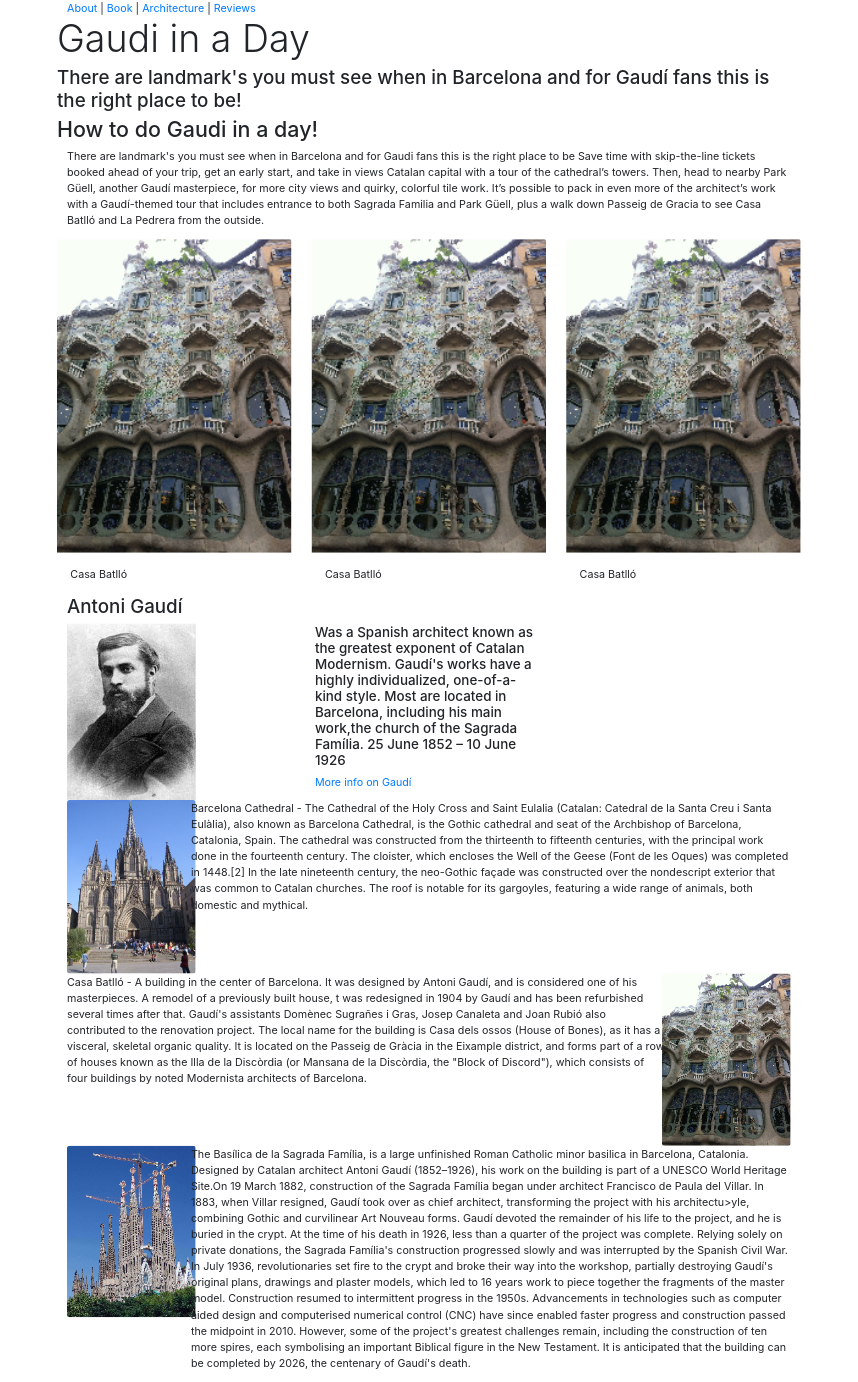
Repository: Taitdanielle/Milestone1
Page: index.html
The author's editor kept a record of every edit. The page is drawn from the files as they stood at one moment, then again after the next edit.
The browser window is 1280 px wide. The pictures show the whole page, at 67% of full size.

Above is the page before.

### index.html
<!DOCTYPE html>
<html lang="en">

<head>
    <title>Gaudí in a day!</title>
    <meta charset="UTF-8">
    <meta name="viewport" content="width=device-width, initial-scale=1.0">
    <meta http-equiv="X-UA-Compatible" content="ie=edge">
    <link href="https://fonts.googleapis.com/css?family=Lato&display=swap" rel="stylesheet">
    <link rel="stylesheet" href="https://stackpath.bootstrapcdn.com/bootstrap/4.3.1/css/bootstrap.min.css" integrity="sha384-ggOyR0iXCbMQv3Xipma34MD+dH/1fQ784/j6cY/iJTQUOhcWr7x9JvoRxT2MZw1T" crossorigin="anonymous">
    <link rel="stylesheet" href="css/style.css" type="text/css" />
</head>


<!-- nav -->

<nav>
    <div class="container">
        <div class="col-md-12">
            <a href="/about/">About</a> |
            <a href="/book/">Book</a> |
            <a href="/architecture/">Architecture</a> |
            <a href="/reviews/">Reviews</a>
        </div>
    </div>
</nav>

<!-- nav -->

<body>

    <div class="container">
        <h1 class="display-4">Gaudi in a Day</h1>
        <h3>There are landmark's you must see when in Barcelona and for Gaudí fans this is the right place to be!</h3>
    </div>

    <div class="container">
        <h2> How to do Gaudi in a day!</h2>
        <p class="col-md-12"> There are landmark's you must see when in Barcelona and for Gaudi fans this is the right place to be Save time with skip-the-line tickets booked ahead of your trip, get an early start, and take in views Catalan capital with a tour of the cathedral’s
            towers. Then, head to nearby Park Güell, another Gaudí masterpiece, for more city views and quirky, colorful tile work. It’s possible to pack in even more of the architect’s work with a Gaudí-themed tour that includes entrance to both Sagrada
            Familia and Park Güell, plus a walk down Passeig de Gracia to see Casa Batlló and La Pedrera from the outside. </p>
    </div>

    <!-- image cards -->

    <div class="container">
        <div class="row">
            <div class="col-md-4">
                <div class="card-one">
                    <img src="images/gaudi2.jpg" class="card-img-top" alt="Casa Battlo Building">
                    <div class="card-body">
                        <p class="card-text"<b>Casa Batlló</b>
                        </p>
                    </div>
                </div>
            </div>

            <div class="col-md-4">
                <div class="card-one">
                    <img src="images/gaudi2.jpg" class="card-img-top" alt="Casa Battlo Building">
                    <div class="card-body">
                        <p class="card-text" <b>Casa Batlló</b>
                        </p>
                    </div>
                </div>
            </div>

            <div class="col-md-4">
                <div class="card-one">
                    <img src="images/gaudi2.jpg" class="card-img-top" alt="Casa Battlo Building">
                    <div class="card-body">
                        <p class="card-text" <b>Casa Batlló</b>
                        </p>
                    </div>
                </div>
            </div>
        </div>

        <!-- Gaudi info -->

        <div class="container">
            <div class="row">
                <div class="col-md-12 title-heading-conatainer">
                    <h3 class="title-heading"> Antoni Gaudí </h3>
                </div>
                <div class="col-md-4">
                    <img src="images/gaudi.jpg">
                </div>
                <div class="col-md-4">
                    <h5>Was a Spanish architect known as the greatest exponent of Catalan Modernism. Gaudí's works have a highly individualized, one-of-a-kind style. Most are located in Barcelona, including his main work,the church of the Sagrada Família.
                        25 June 1852 – 10 June 1926 </h5>
                    <a href="https://en.wikipedia.org/wiki/Antoni_Gaud%C3%AD">More info on Gaudí</a>
                </div>
            </div>
        </div>

        <!-- Gaudi info End -->

        <!-- image info -->

        <div class="container">
            <div class="row">
                <div class="col-md-2">
                    <img src="images/Sta-eulalia.jpg" class="rounded float-left" alt="barrigotic building">
                </div>
                <div class="col-md-10">
                    <p class="par-padding-left">Barcelona Cathedral - The Cathedral of the Holy Cross and Saint Eulalia (Catalan: Catedral de la Santa Creu i Santa Eulàlia), also known as Barcelona Cathedral, is the Gothic cathedral and seat of the Archbishop of Barcelona, Catalonia,
                        Spain. The cathedral was constructed from the thirteenth to fifteenth centuries, with the principal work done in the fourteenth century. The cloister, which encloses the Well of the Geese (Font de les Oques) was completed in 1448.[2]
                        In the late nineteenth century, the neo-Gothic façade was constructed over the nondescript exterior that was common to Catalan churches. The roof is notable for its gargoyles, featuring a wide range of animals, both domestic and
                        mythical.</p>
                </div>
            </div>
        </div>

        <div class="container">
            <div class="row">
                <div class="col-md-10">
                    <p class="par-padding-right"> Casa Batlló - A building in the center of Barcelona. It was designed by Antoni Gaudí, and is considered one of his masterpieces. A remodel of a previously built house, t was redesigned in 1904 by Gaudí and has been refurbished several
                        times after that. Gaudí's assistants Domènec Sugrañes i Gras, Josep Canaleta and Joan Rubió also contributed to the renovation project. The local name for the building is Casa dels ossos (House of Bones), as it has a visceral,
                        skeletal organic quality. It is located on the Passeig de Gràcia in the Eixample district, and forms part of a row of houses known as the Illa de la Discòrdia (or Mansana de la Discòrdia, the "Block of Discord"), which consists
                        of four buildings by noted Modernista architects of Barcelona.</p>
                </div>
                <div class="col-md-2">
                    <img src="images/gaudi2.jpg" class="rounded float-right" alt="Building">
                </div>
            </div>
        </div>

        <div class="container">
            <div class="row">
                <div class="col-md-2">
                    <img src="images/sagrada-familia-1028930_1920.jpg" class="rounded float-left" alt=building>
                </div>
                <div class="col-md-10">
                    <p class="par-padding-left"> The Basílica de la Sagrada Família, is a large unfinished Roman Catholic minor basilica in Barcelona, Catalonia. Designed by Catalan architect Antoni Gaudí (1852–1926), his work on the building is part of a UNESCO World Heritage Site.On
                        19 March 1882, construction of the Sagrada Família began under architect Francisco de Paula del Villar. In 1883, when Villar resigned, Gaudí took over as chief architect, transforming the project with his architectu>yle, combining
                        Gothic and curvilinear Art Nouveau forms. Gaudí devoted the remainder of his life to the project, and he is buried in the crypt. At the time of his death in 1926, less than a quarter of the project was complete. Relying solely
                        on private donations, the Sagrada Família's construction progressed slowly and was interrupted by the Spanish Civil War. In July 1936, revolutionaries set fire to the crypt and broke their way into the workshop, partially destroying
                        Gaudí's original plans, drawings and plaster models, which led to 16 years work to piece together the fragments of the master model. Construction resumed to intermittent progress in the 1950s. Advancements in technologies such
                        as computer aided design and computerised numerical control (CNC) have since enabled faster progress and construction passed the midpoint in 2010. However, some of the project's greatest challenges remain, including the construction
                        of ten more spires, each symbolising an important Biblical figure in the New Testament. It is anticipated that the building can be completed by 2026, the centenary of Gaudí's death.</p>
                </div>
            </div>
        </div>
</body>

</html>

### css/style.css
container {
    background-color: #FBEAFF;
}

After the next edit:
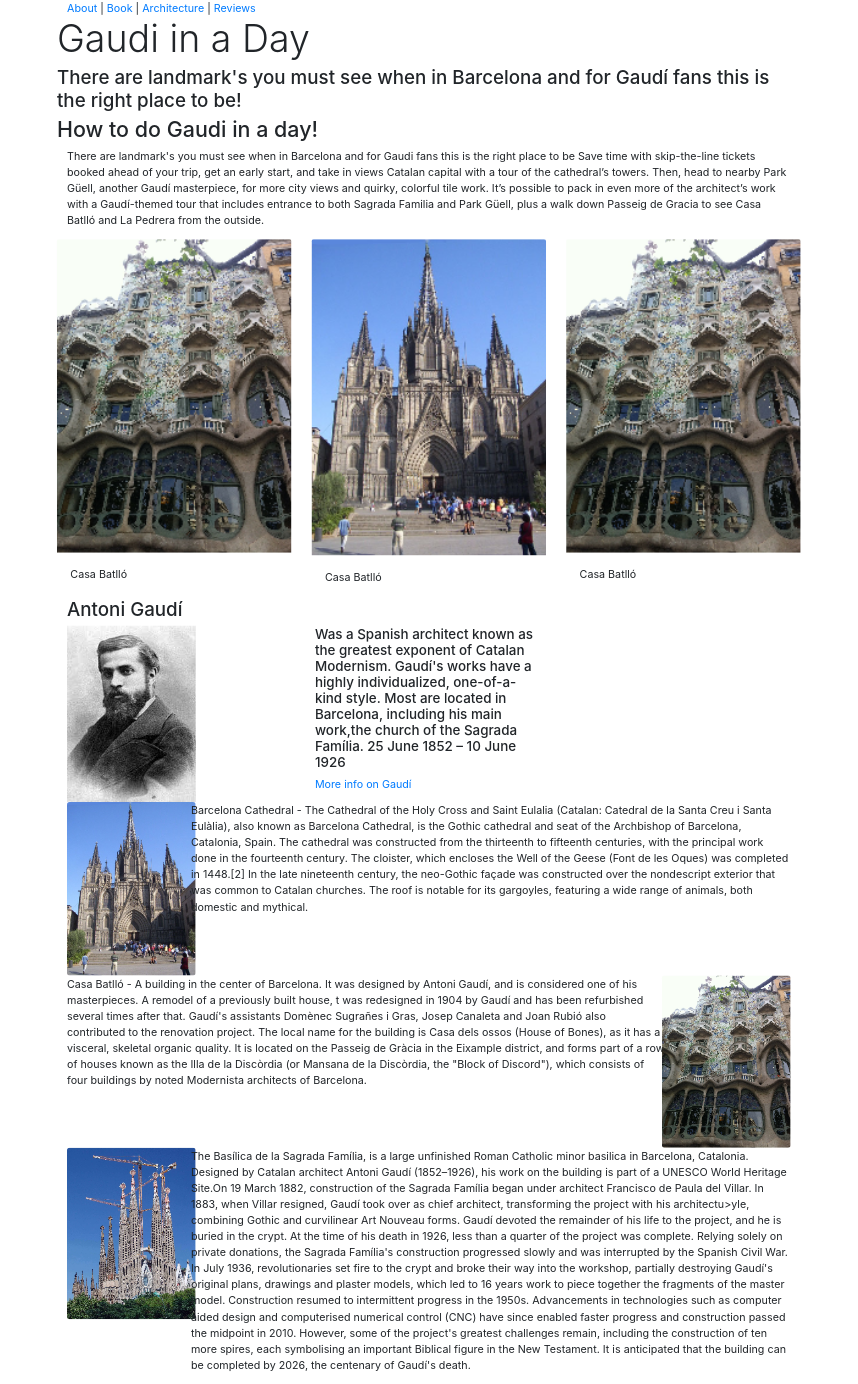
The edit:
--- a/index.html
+++ b/index.html
@@ -56,8 +56,8 @@
             </div>
 
             <div class="col-md-4">
-                <div class="card-one">
-                    <img src="images/gaudi2.jpg" class="card-img-top" alt="Casa Battlo Building">
+                <div class="card-two">
+                    <img src="images/Sta-eulalia.jpg" class="card-img-top" alt="Casa Battlo Building">
                     <div class="card-body">
                         <p class="card-text" <b>Casa Batlló</b>
                         </p>
